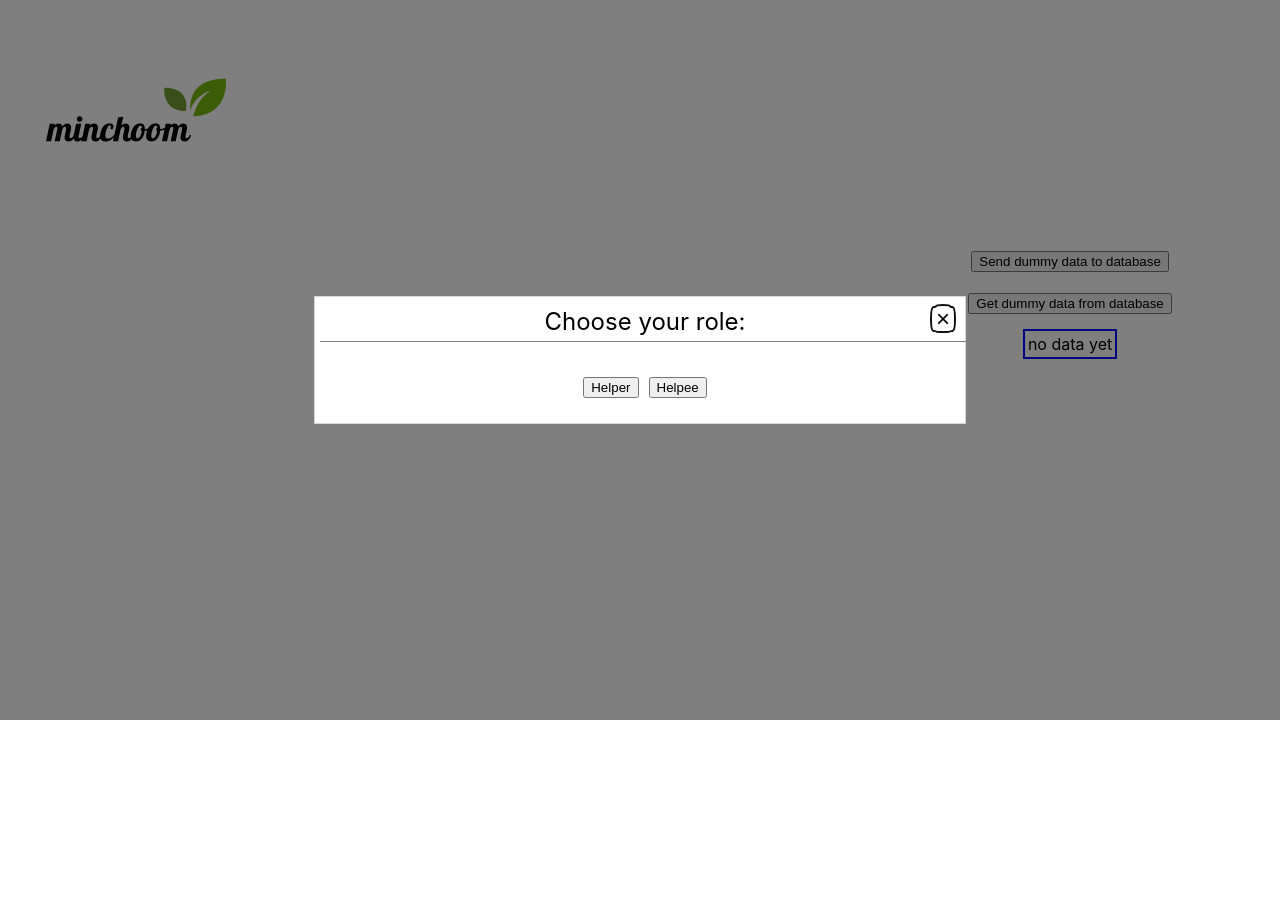
Repository: jeongeonp/MinChoAvengers
Page: / (app in minchoom/)
The author's editor kept a copy of each file at every save. The page is drawn from the files as they stood at one save, then again after the next save.
The browser window is 1280 px wide. The pictures show the whole page.
The project was rebuilt for these pictures with package versions that can differ from the ones it lists, and the page was loaded fresh each time.

Above is the page before, as saved 2020-11-19 16:51:36.

After the next save:
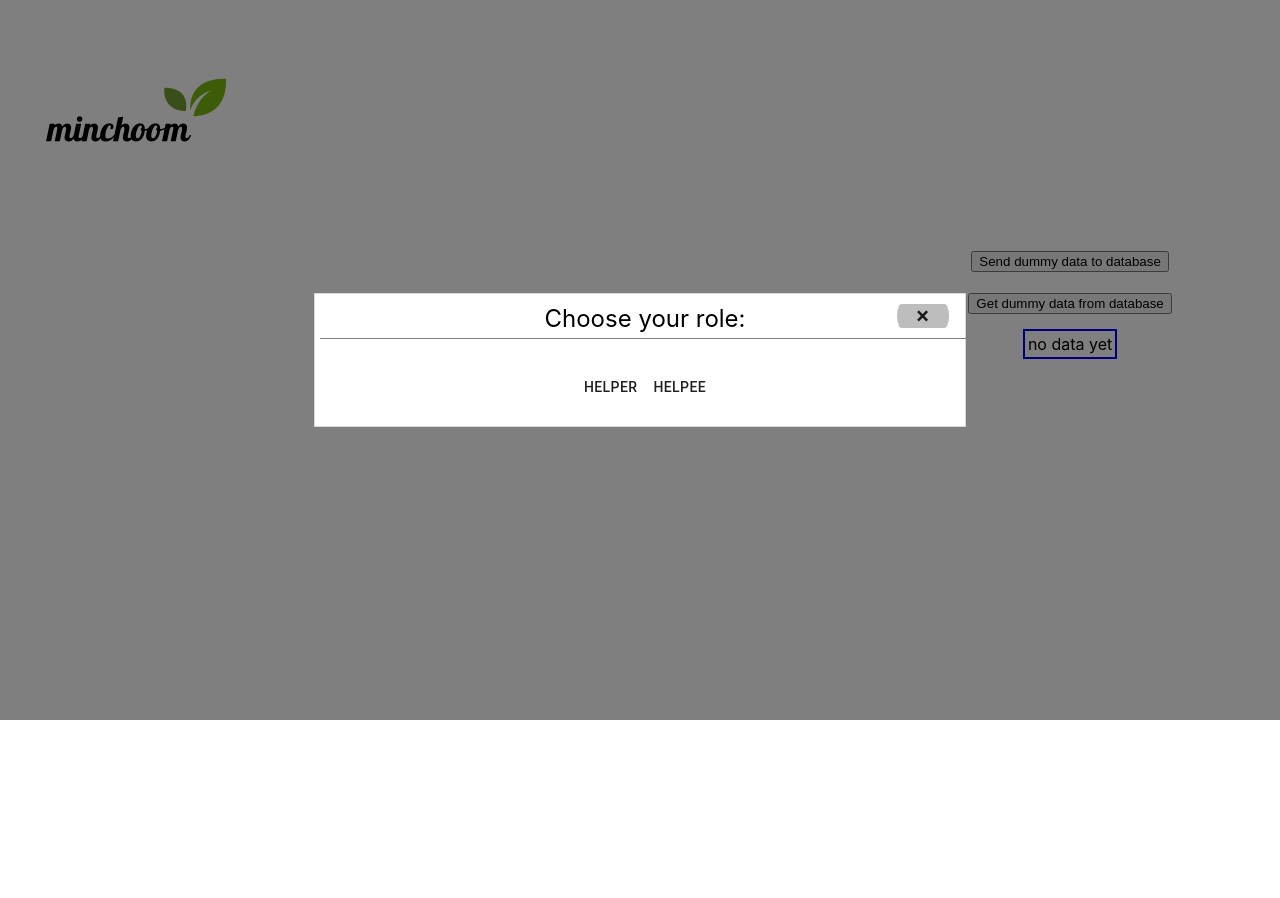
Saved 33 s later.
--- a/minchoom/src/components/Modal.js
+++ b/minchoom/src/components/Modal.js
@@ -2,6 +2,7 @@
 import Popup from "reactjs-popup";
 import '../App.css';
 import 'reactjs-popup/dist/index.css';
+import Button from '@material-ui/core/Button';
 
 export default class Modal extends React.Component {
     constructor(props) {
@@ -29,24 +30,24 @@
             <Popup  open={open} position="top center" >
               {close => (
                 <div className="modal">
-                  <button className="close" onClick={close}>
+                  <Button className="close" onClick={close}>
                     &times;
-                  </button>
+                  </Button>
                   <div className="header"> Choose your role: </div>
                   <div className="content">
                   {" "}
                   </div>
                   <div className="actions">
-                  <button className="button" onClick={() => { console.log("modal closed "); closeModal();
+                  <Button className="button" onClick={() => { console.log("modal closed "); closeModal();
                       //send to server
                     }}>
                       Helper
-                  </button>
-                  <button className="button" onClick={() => { console.log("modal closed "); closeModal();
+                  </Button>
+                  <Button className="button" onClick={() => { console.log("modal closed "); closeModal();
                       //send to server
                     }}>
                       Helpee
-                  </button>
+                  </Button>
                   </div>
                 </div>
               )}
